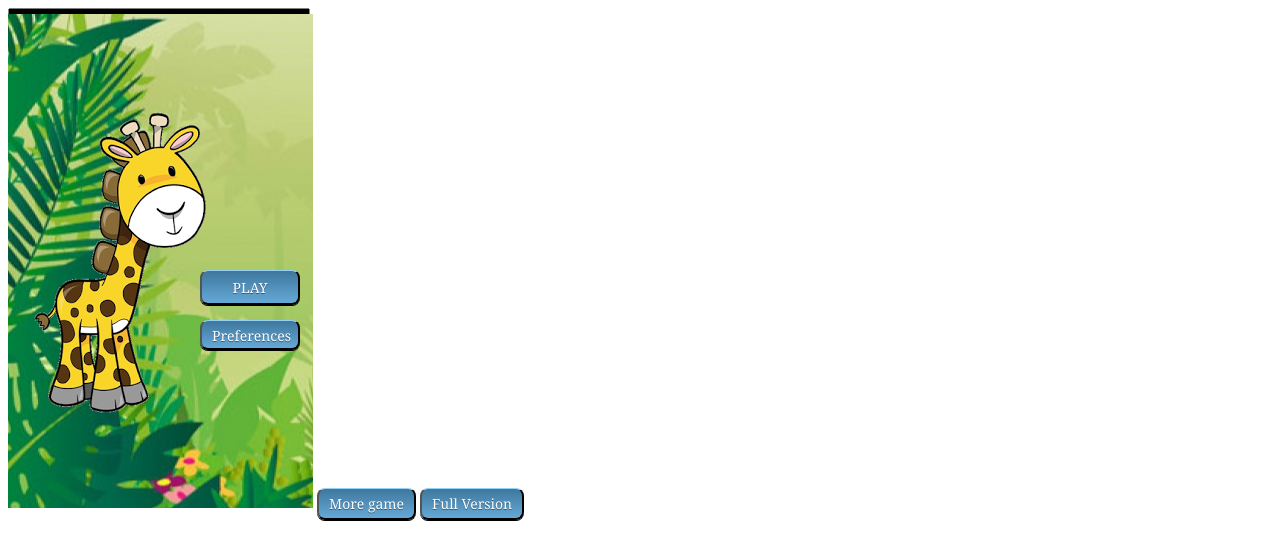
Repository: RathipriyaChandrasekaran/dotlite
Page: ConnectDots/homepage.html
An editor plug-in stored every save of this project. The page is shown before and after the next save, followed by the edit.
The browser window is 1280 px wide. The pictures show the whole page.

Above is the page before, as saved 2014-12-13 23:38:03.

### ConnectDots/homepage.html
<!DOCTYPE html>
<html>
<head>
     <meta charset="utf-8" />
     <meta name="viewport" content="width=device-width, initial-scale=1.0, maximum-scale=1.0">
     <link rel="stylesheet" type="text/css" href="css/appstyle.css"/>
     <script src="js/main.js"></script>
</head>
<body>

  <canvas id="canvas" width="305px" height="500px"></canvas>
  <button id="play" class="button">PLAY</button>
  <button id="pref" class="smallbutton">Preferences </button>
  <button id="moregame" class="smallbutton"> More game</button>
  <button id="fullversion" class="smallbutton">Full Version</button>
   <script>
 var points=new Array();
 var canvas = document.getElementById('canvas');
 var context = canvas.getContext('2d');
 var height = 490;
 var width = 300;

 context.beginPath();
 context.rect(1, 1, width, height);
 context.fill();
 context.lineWidth = 1;
 context.strokeStyle = 'black';
 context.stroke();

 function loadCanvas(dataURL, _cb) {

     // load image from data url
     var imageObj = new Image();
     imageObj.onload = function() {
         var imgWidth = this.width;
         var imgHeight = this.height;
         var posX = (width - imgWidth)/2;
         var posY = (height - imgHeight)/2;
         context.drawImage(this, -5, posY + 10);
         if (_cb) _cb();
     };

     imageObj.src = dataURL;
 }

loadCanvas("images/jungle.png", function() {
loadCanvas("images/girraffe.png");
});





 </script>





</body>
</html>

### ConnectDots/css/appstyle.css
#backgroundimage{
	display: block;

    background-repeat: no-repeat ;
}

#play{
	position: absolute;
	top: 270px;
	left: 200px;
	width: 100px;
	height: 35px;
}

#pref{
	position : absolute;
	top: 320px;
	left: 200px;
	width: 100px;
	height: 30px;
}
.button {
   border-top: 1px solid #96d1f8;
   background: #D2691E;
   background: -webkit-gradient(linear, left top, left bottom, from(#3e779d), to(#65a9d7));
   background: -webkit-linear-gradient(top, #3e779d, #65a9d7);
   background: -moz-linear-gradient(top, #3e779d, #65a9d7);
   background: -ms-linear-gradient(top, #3e779d, #65a9d7);
   background: -o-linear-gradient(top, #3e779d, #65a9d7);
   padding: 5px 10px;
   -webkit-border-radius: 8px;
   -moz-border-radius: 8px;
   border-radius: 8px;
   -webkit-box-shadow: rgba(0,0,0,1) 0 1px 0;
   -moz-box-shadow: rgba(0,0,0,1) 0 1px 0;
   box-shadow: rgba(0,0,0,1) 0 1px 0;
   text-shadow: rgba(0,0,0,.4) 0 1px 0;
   color: white;
   font-size: 14px;
   font-family: Georgia, serif;
   text-decoration: none;
   vertical-align: middle;
   }
.button:hover {
   border-top-color: #28597a;
   background: #28597a;
   color: #ccc;
   }
.button:active {
   border-top-color: #1b435e;
   background: #D2691E;
   }
   .smallbutton {
   border-top: 1px solid #96d1f8;
   background:#65a9d7;
   background: -webkit-gradient(linear, left top, left bottom, from(#3e779d), to(#65a9d7));
   background: -webkit-linear-gradient(top, #3e779d, #65a9d7);
   background: -moz-linear-gradient(top, #3e779d, #65a9d7);
   background: -ms-linear-gradient(top, #3e779d, #65a9d7);
   background: -o-linear-gradient(top, #3e779d, #65a9d7);
   padding: 5px 10px;
   -webkit-border-radius: 8px;
   -moz-border-radius: 8px;
   border-radius: 8px;
   -webkit-box-shadow: rgba(0,0,0,1) 0 1px 0;
   -moz-box-shadow: rgba(0,0,0,1) 0 1px 0;
   box-shadow: rgba(0,0,0,1) 0 1px 0;
   text-shadow: rgba(0,0,0,.4) 0 1px 0;
   color: white;
   font-size: 14px;
   font-family: Georgia, serif;
   text-decoration: none;
   vertical-align: middle;
   }

### ConnectDots/js/main.js
var startTime;
var checkTime;

//Initialize function
var init = function () {
	// TODO:: Do your initialization job
	console.log("init() called");

	// add eventListener for tizenhwkey
	document.addEventListener('tizenhwkey', function(e) {
		if(e.keyName == "back") {
			try {
				tizen.application.getCurrentApplication().exit();
			} catch (error) {
				console.error("getCurrentApplication(): " + error.message);
			}
		}
	});
};
// window.onload can work without <body onload="">
window.onload = init;

function startTime() {
	var today = new Date();
	var h = today.getHours();

	var m = today.getMinutes();
	var s = today.getSeconds();
	m = checkTime(m);
	s = checkTime(s);
	document.getElementById('divbutton1').innerHTML="Current time: " + h + ":" + m + ":" + s;
	var t = setTimeout(startTime, 250);
}

function checkTime(i) {
	if (i < 10) {
		i="0" + i;
	}
	return i;
}

After the next save:
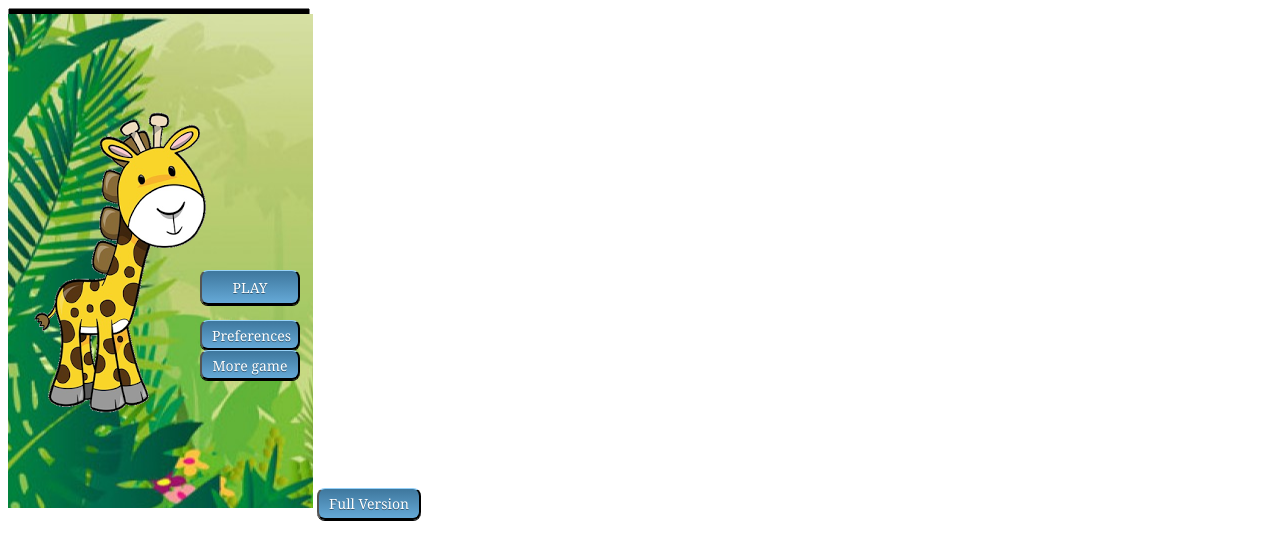
Saved 63 s later.
--- a/ConnectDots/css/appstyle.css
+++ b/ConnectDots/css/appstyle.css
@@ -15,6 +15,13 @@
 #pref{
 	position : absolute;
 	top: 320px;
+	left: 200px;
+	width: 100px;
+	height: 30px;
+}
+#moregame{
+	position : absolute;
+	top: 350px;
 	left: 200px;
 	width: 100px;
 	height: 30px;
